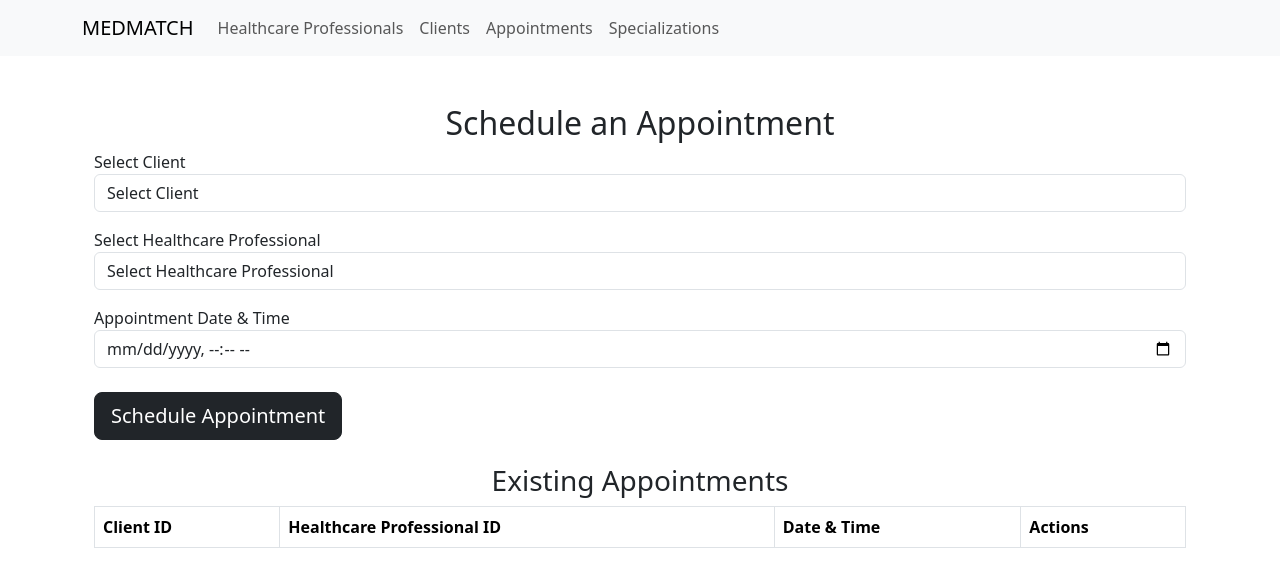
Repository: fahma20/medmatch-platform
Page: /appointments (app in client/)
The author's editor kept a copy of each file at every save. The page is drawn from the files as they stood at one save, then again after the next save.
The browser window is 1280 px wide. The pictures show the whole page.
The page's requests for data from a server got no answer. The project was rebuilt for these pictures with package versions that can differ from the ones it lists, and the page was loaded fresh each time. No one was signed in, and anything a server would have sent is missing. Also part of the build but not shown: client/src/components/Healthcareprofessionals.js, client/src/components/Specializations.js, client/src/components/Clients.js, client/src/components/Homepage.js.

Above is the page before, as saved 2025-01-31 10:10:43.

After the next save:
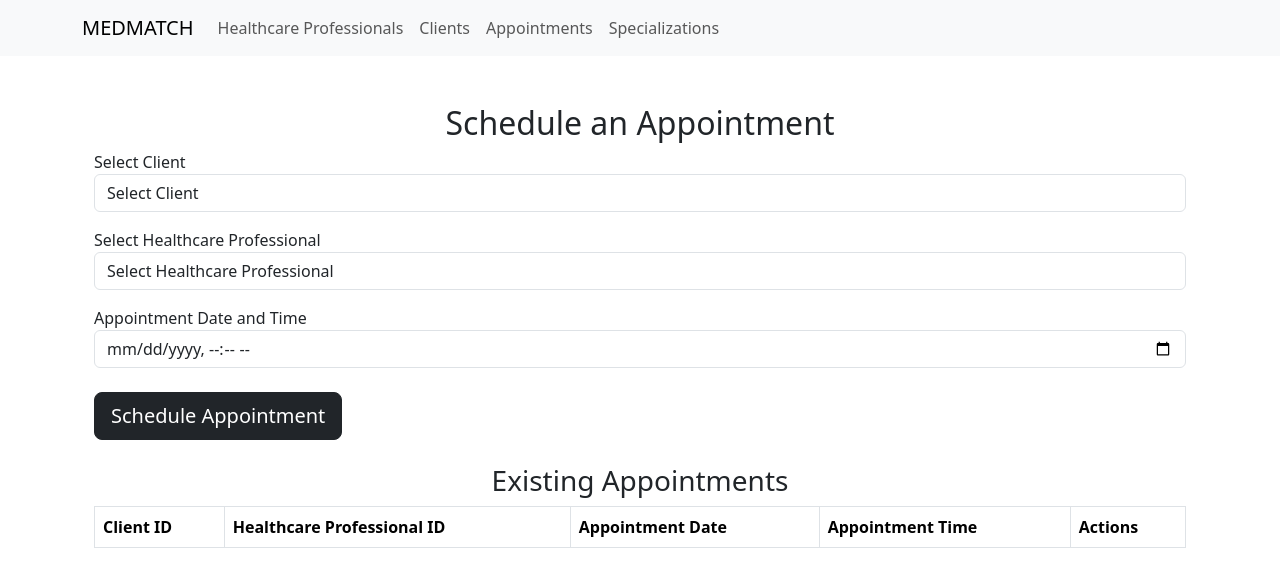
Saved 56 s later.
--- a/client/src/components/Appointments.js
+++ b/client/src/components/Appointments.js
@@ -165,6 +165,7 @@ const Appointments = () => {
     const [professionals, setProfessionals] = useState([]);
     const [appointments, setAppointments] = useState([]);
     const [appointmentDate, setAppointmentDate] = useState('');
+    const [appointmentTime, setAppointmentTime] = useState('');
     const [clientId, setClientId] = useState('');
     const [professionalId, setProfessionalId] = useState('');
     const [message, setMessage] = useState('');
@@ -202,6 +203,7 @@ const Appointments = () => {
             client_id: clientId,
             healthcare_professional_id: professionalId,
             date: appointmentDate,
+            time: appointmentTime,
         };
 
         try {
@@ -227,6 +229,27 @@ const Appointments = () => {
         }
     };
 
+    const resetForm = () => {
+        setClientId('');
+        setProfessionalId('');
+        setAppointmentDate('');
+        setAppointmentTime('');
+    };
+
+    // Function to split date and time from a combined datetime string
+    const splitDateTime = (dateTime) => {
+        const date = new Date(dateTime);
+        // Check if the date is valid
+        if (isNaN(date)) {
+            return { date: 'Invalid Date', time: 'Invalid Time' }; // Handle invalid date
+        }
+
+        const formattedDate = date.toLocaleDateString(); // Format as mm/dd/yyyy
+        const formattedTime = date.toLocaleTimeString([], { hour: '2-digit', minute: '2-digit' }); // Format as hh:mm
+        return { date: formattedDate, time: formattedTime };
+    };
+
+    // Handle appointment deletion
     const handleDelete = async (appointmentId) => {
         try {
             const response = await fetch(`http://127.0.0.1:5000/api/appointments/${appointmentId}`, {
@@ -234,23 +257,16 @@ const Appointments = () => {
             });
 
             if (response.ok) {
-                // Remove the deleted appointment from the appointments list
                 setAppointments((prevAppointments) =>
                     prevAppointments.filter((appointment) => appointment.id !== appointmentId)
                 );
                 setMessage('Appointment deleted successfully!');
             } else {
-                setMessage('There was an issue deleting the appointment.');
+                setMessage('Error deleting the appointment.');
             }
         } catch (error) {
             setMessage('Error connecting to the server.');
         }
-    };
-
-    const resetForm = () => {
-        setClientId('');
-        setProfessionalId('');
-        setAppointmentDate('');
     };
 
     return (
@@ -288,7 +304,7 @@ const Appointments = () => {
                     </select>
                 </div>
                 <div className="form-group mt-3">
-                    <label>Appointment Date & Time</label>
+                    <label>Appointment Date and Time</label>
                     <input
                         type="datetime-local"
                         className="form-control"
@@ -311,26 +327,31 @@ const Appointments = () => {
                         <tr>
                             <th>Client ID</th>
                             <th>Healthcare Professional ID</th>
-                            <th>Date & Time</th>
+                            <th>Appointment Date</th>
+                            <th>Appointment Time</th>
                             <th>Actions</th>
                         </tr>
                     </thead>
                     <tbody>
-                        {appointments.map((appointment) => (
-                            <tr key={appointment.id}>
-                                <td>{appointment.client_id}</td>
-                                <td>{appointment.healthcare_professional_id}</td>
-                                <td>{new Date(appointment.date).toLocaleString()}</td>
-                                <td>
-                                    <button
-                                        className="btn btn-dark"
-                                        onClick={() => handleDelete(appointment.id)}
-                                    >
-                                        Delete
-                                    </button>
-                                </td>
-                            </tr>
-                        ))}
+                        {appointments.map((appointment) => {
+                            const { date, time } = splitDateTime(appointment.date_time); // Split datetime into date and time
+                            return (
+                                <tr key={appointment.id}>
+                                    <td>{appointment.client_id}</td>
+                                    <td>{appointment.healthcare_professional_id}</td>
+                                    <td>{date}</td>
+                                    <td>{time}</td>
+                                    <td>
+                                        <button
+                                            className="btn btn-danger"
+                                            onClick={() => handleDelete(appointment.id)}
+                                        >
+                                            Delete
+                                        </button>
+                                    </td>
+                                </tr>
+                            );
+                        })}
                     </tbody>
                 </table>
             </div>
